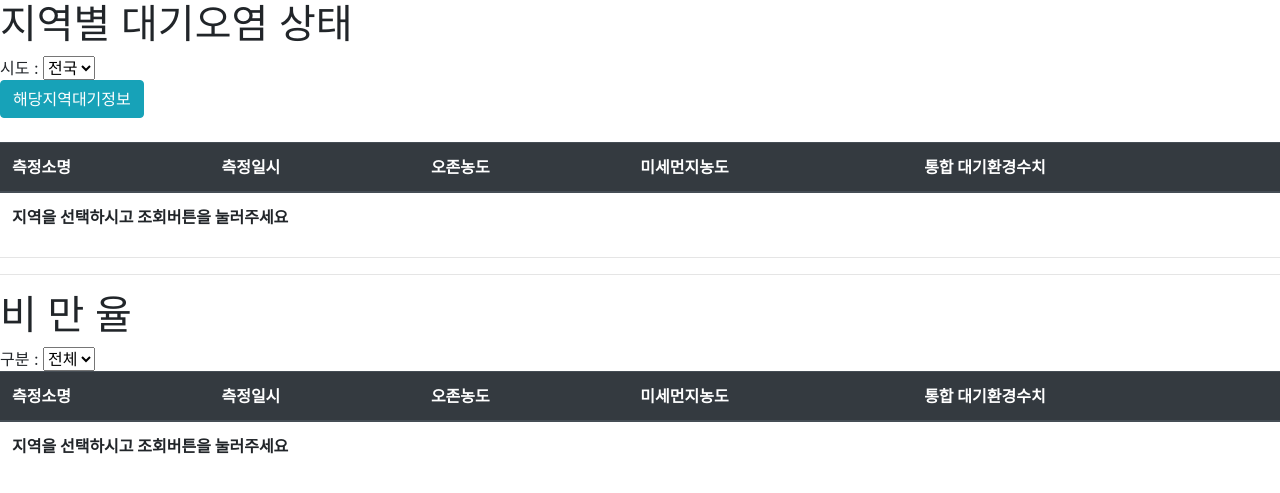
Repository: LeeSeongWook1/semi_Spring
Page: http://localhost/apiProject/
The author's editor kept a copy of each file at every save. The page is drawn from the files as they stood at one save, then again after the next save.
The browser window is 1280 px wide. The pictures show the whole page.
The page is served by Tomcat 9. Other server files are loaded and not shown.

Above is the page before, as saved 2024-04-25 07:50:09.

### apiProject/src/main/webapp/index.jsp
<%@ page language="java" contentType="text/html; charset=UTF-8"
	pageEncoding="UTF-8"%>
<!DOCTYPE html>
<html>
<head>
<meta charset="UTF-8">
<title>Insert title here</title>
 <!-- jQuery 라이브러리 -->
    <script src="https://ajax.googleapis.com/ajax/libs/jquery/3.4.1/jquery.min.js"></script>
    <!-- 부트스트랩에서 제공하고 있는 스타일 -->
    <link rel="stylesheet" href="https://maxcdn.bootstrapcdn.com/bootstrap/4.5.2/css/bootstrap.min.css">
    <!-- 부트스트랩에서 제공하고 있는 스크립트 -->
    <script src="https://maxcdn.bootstrapcdn.com/bootstrap/4.5.2/js/bootstrap.min.js"></script>
</head>
<body>


	<h1>지역별 대기오염 상태</h1>

	시도 :
	<select id="sidoName">
		<option>전국</option>
		<option>서울</option>
		<option>부산</option>
		<option>대구</option>
		<option>인천</option>
		<option>광주</option>
		<option>대전</option>
		<option>울산</option>
		<option>경기</option>
		<option>경기</option>
		<option>강원</option>
		<option>충북</option>
		<option>충남</option>
		<option>전북</option>
		<option>전남</option>
		<option>경북</option>
		<option>경남</option>
		<option>제주</option>
		<option>세종</option>
	</select>

	<br>
	<button class="btn btn-info" id="btn1">해당지역대기정보</button>
	<br><br>


	<script>
		$(function(){
			$('#btn1').click(function(){
			/*
				$.ajax({
					url : 'air',
					data : {sidoName : $('#sidoName').val()},
					type : 'get',
					success : function(result){
						//console.log(result.response.body.items);

						const items = result.response.body.items;

						let str = '';
						for(let i in items){
							const item = items[i];

							str+= '<tr>'
								+ '<td>' +item.stationName+'</td>'
								+ '<td>' +item.dataTime + '</td>'
								+ '<td>' +item.o3Value+'</td>'
								+ '<td>' +item.pm10Value+'</td>'
								+ '<td>' +item.khaiValue+'</td>'
								+ '</tr>';
						}

						$('tbody').html();
					}
				});
				*/

				/*
					익명함수를 화살표 표기법을 이용해서 작성(가시성이 좋음)

					"function(){}"를 		"()=>{}"" 이렇게 작성할 수 있음

					"function(a){}"를		"a =>{}" 이렇게 작성할 수 있음

					"function(a,b){}"를 		"(a,b)=>{}"이렇게 작성할 수 있음

					"function(){return 'a'}"를  ()=>'a'"이렇게 작성할 수 있음

				*/

				$.ajax({
					url : 'xml',
					data : {sidoName : $('#sidoName').val()},
					type : 'get',
					success : data => {

						//console.log(data);

						//jQuery => find() : 기준이 되는 요소의 하위요소들 중 특정 요소를 찾을 떄 사용(HTML요소) -> XML 요소에도 사용가능

						//console.log($(data).find('item'));

						//XML형식의 응답데이터를 받았을떄
						//1. 응답 데이터에서 실제 데이터가 담겨있는 요소 선택
						const items = $(data).find('item');

						//2.반복문을 통해 실제 데이터가 담긴 요소들에 접근해서 동적으로 요소 만들기!
						let value='';
						items.each((i,item)=>{ //1번 i에는 index, 2번 item에는 element
							//console.log(item);
							//console.log($(item).find('stationName').text());

							value+= '<tr>'
									+'<td>' +$(item).find('stationName').text() +'</td>'
									+'<td>' +$(item).find('dataTime').text() +'</td>'
									+'<td>' +$(item).find('o3Value').text() +'</td>'
									+'<td>' +$(item).find('pm10Value').text() +'</td>'
									+'<td>' +$(item).find('khaiValue').text() +'</td>'
									+'</tr>';


						});

						$('tbody').html(value);


					},
					error : () => {
						console.log('실패');
					}
				})

			});

		})

	</script>


	<table class="table table-hover">
		<thead class="thead-dark">
			<tr>
				<th>측정소명</th>
				<th>측정일시</th>
				<th>오존농도</th>
				<th>미세먼지농도</th>
				<th>통합 대기환경수치</th>
			</tr>
		</thead>
		<tbody>
			<tr>
				<th colspan="5">지역을 선택하시고 조회버튼을 눌러주세요 </th>
			</tr>
		</tbody>
	</table>

	<hr><hr>

	<h1>비 만 율</h1>
		구분 :
	<select id="SERIESNAME">
		<option>전체</option>
		<option>남</option>
		<option>여</option>
	</select>


	<table class="table table-hover">
		<thead class="thead-dark">
			<tr>
				<th>측정소명</th>
				<th>측정일시</th>
				<th>오존농도</th>
				<th>미세먼지농도</th>
				<th>통합 대기환경수치</th>
			</tr>
		</thead>
		<tbody>
			<tr>
				<th colspan="5">지역을 선택하시고 조회버튼을 눌러주세요 </th>
			</tr>
		</tbody>
	</table>


</body>
</html>

After the next save:
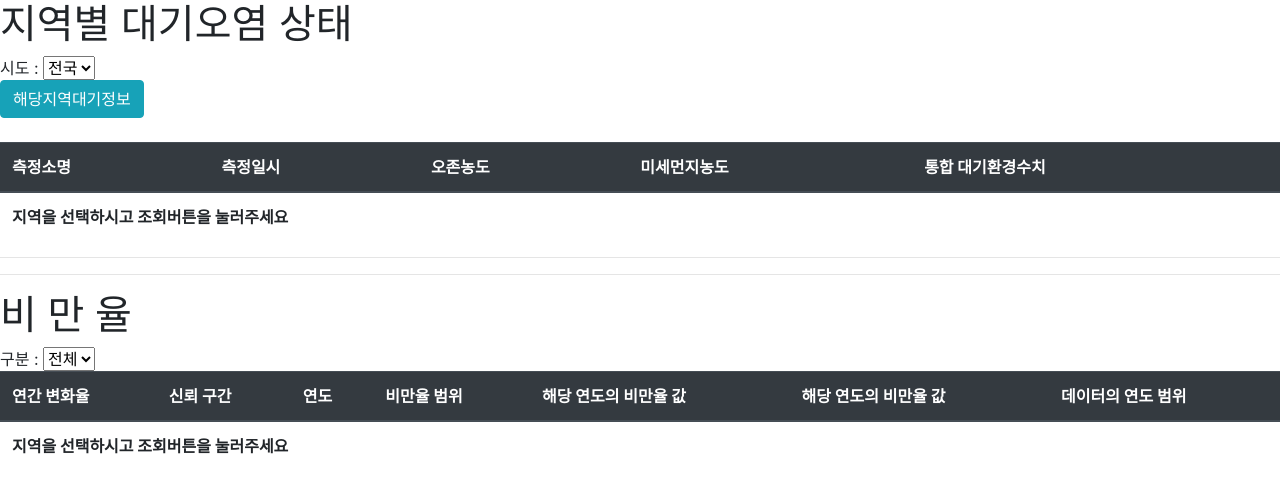
Saved 54 s later.
--- a/apiProject/src/main/webapp/index.jsp
+++ b/apiProject/src/main/webapp/index.jsp
@@ -169,11 +169,13 @@
 	<table class="table table-hover">
 		<thead class="thead-dark">
 			<tr>
-				<th>측정소명</th>
-				<th>측정일시</th>
-				<th>오존농도</th>
-				<th>미세먼지농도</th>
-				<th>통합 대기환경수치</th>
+				<th>연간 변화율</th>
+				<th>신뢰 구간</th>
+				<th>연도</th>
+				<th>비만율 범위</th>
+				<th>해당 연도의 비만율 값</th>
+				<th>해당 연도의 비만율 값</th>
+				<th> 데이터의 연도 범위</th>
 			</tr>
 		</thead>
 		<tbody>
